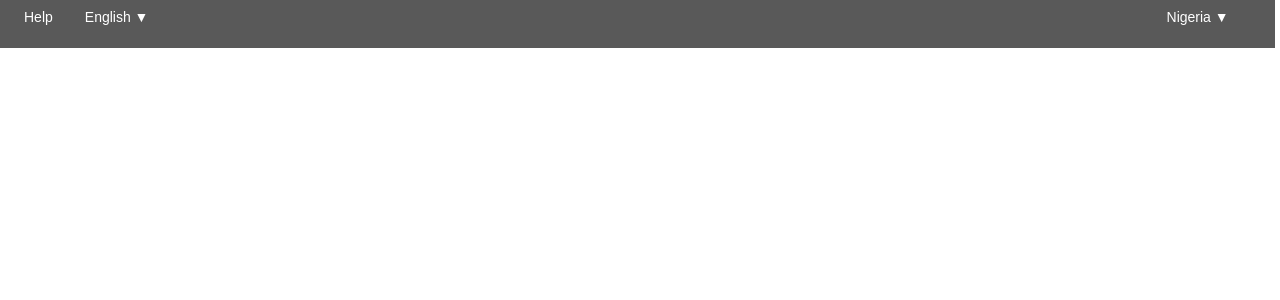
Repository: Femi007-gh/e-commerce
Page: index.html
An editor plug-in stored every save of this project. The page is shown before and after the next save, followed by the edit.
The browser window is 1280 px wide. The pictures show the whole page.

Above is the page before, as saved 2025-04-28 17:35:05.

### index.html
<html>
    <head>
      <title>Shopping Cart Page</title>
      <link rel="stylesheet" href="style.css">
    </head>
  <body>
    <header>
    <div class="div1">
<div class="top-bar">
  <div class="left">
    <div class="dropdown">
      <button class="dropbtn">Help</button>
    </div>
    <div class="dropdown">
      <button class="dropbtn">English ▼</button>
      <div class="dropdown-content">
        <a href="#">English</a>
        <a href="#">Japanese</a>
        <a href="#">Korean</a>
      </div>
    </div>
  </div>
  <div class="right">
    <div class="dropdown">
      <button class="dropbtn">Nigeria ▼</button>
      <div class="dropdown-content">
        <a href="#">Nigeria</a>
        <a href="#">USA</a>
        <a href="#">China</a>
        </div>
      </div>
     </div>
   </div>
  </div>
  </body>
</html>

### style.css
body{
  font-family: Arial;
}
.div1{
  background-color: #595959;
  width: 101%;
  height: 50px;
  margin-left: -10px;
  margin-top: -10px;
}
.top-bar {
  background-color:  #595959;
  color: white;
  padding: 10px 20px;
  display: flex;
  justify-content: space-between;
  font-size: 14px;
}

.top-bar .left, .top-bar .right {
  display: flex;
  align-items: center;
}

.dropdown {
  position: relative;
  margin-right: 20px;
}

.dropbtn {
  background: none;
  border: none;
  color: white;
  cursor: pointer;
  font-size: 14px;
}

.dropdown-content {
  display: none;
  position: absolute;
  background-color: white;
  color:  #595959;
  min-width: 100px;
  border-radius: 5px;
  box-shadow: 0px 8px 16px rgba(0,0,0,0.2);
  z-index: 1;
}

.dropdown-content a {
  padding: 8px 12px;
  display: block;
  text-decoration: none;
  color: black;
}

.dropdown-content a:hover {
  background-color: #f1f1f1;
}

.dropdown:hover .dropdown-content {
  display: block;
}

After the next save:
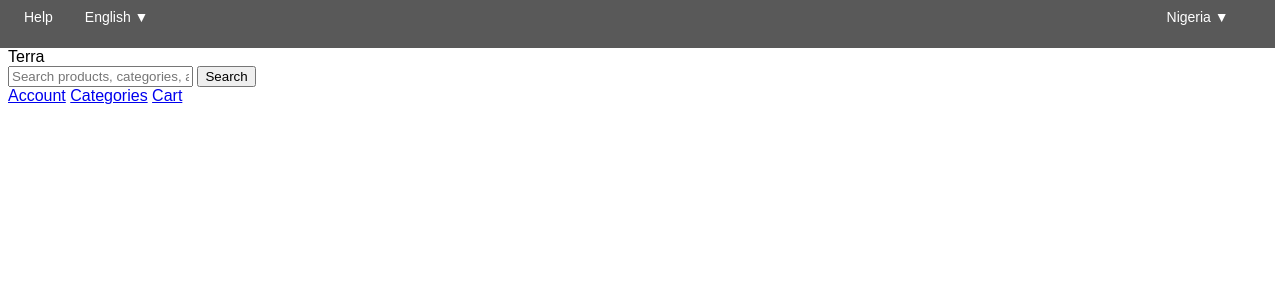
Saved 25 min 58 s later.
--- a/index.html
+++ b/index.html
@@ -32,5 +32,19 @@
      </div>
    </div>
   </div>
+
+  <nav class="nav-bar">
+    <div class="logo">Terra</div>
+    <div class="search-bar">
+      <input type="text" placeholder="Search products, categories, and brands">
+      <button>Search</button>
+    </div>
+    <div class="nav-icons">
+      <a href="#">Account</a>
+      <a href="#">Categories</a>
+      <a href="#">Cart</a>
+    </div>
+  </nav>
+
   </body>
 </html>
